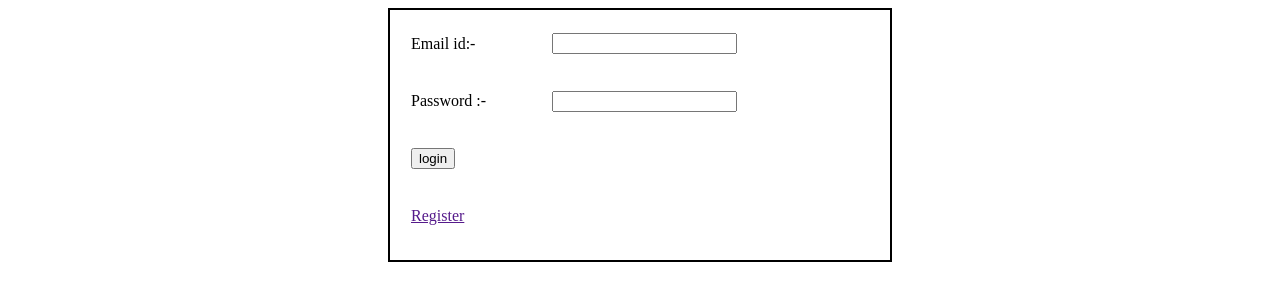
Repository: ShivrajMPujari/ServletApplication
Page: http://localhost/LoginReg/
The author's editor kept a copy of each file at every save. The page is drawn from the files as they stood at one save, then again after the next save.
The browser window is 1280 px wide. The pictures show the whole page.
The page is served by Tomcat 9.

Above is the page before, as saved 2018-07-09 06:04:03.

After the next save:
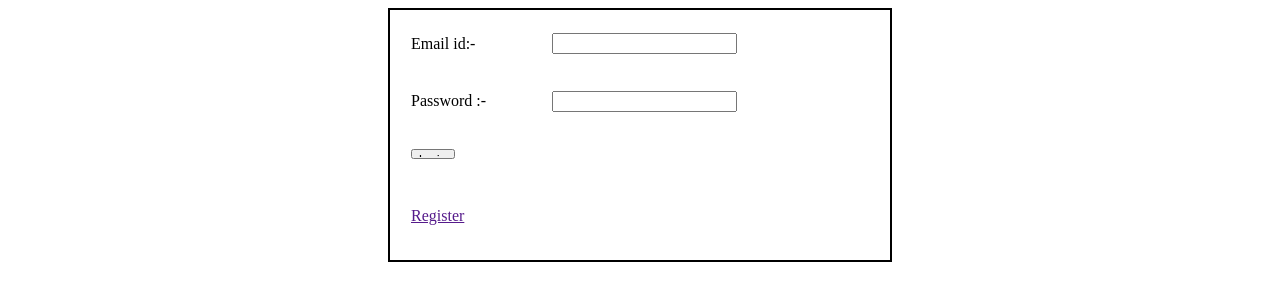
Saved 30 s later.
--- a/LoginReg/WebContent/index.css
+++ b/LoginReg/WebContent/index.css
@@ -17,5 +17,6 @@ tr{
 	height: 30px;
 }
 .submitButton{
-	margin:auto;
+	height:10px;
+
 }
